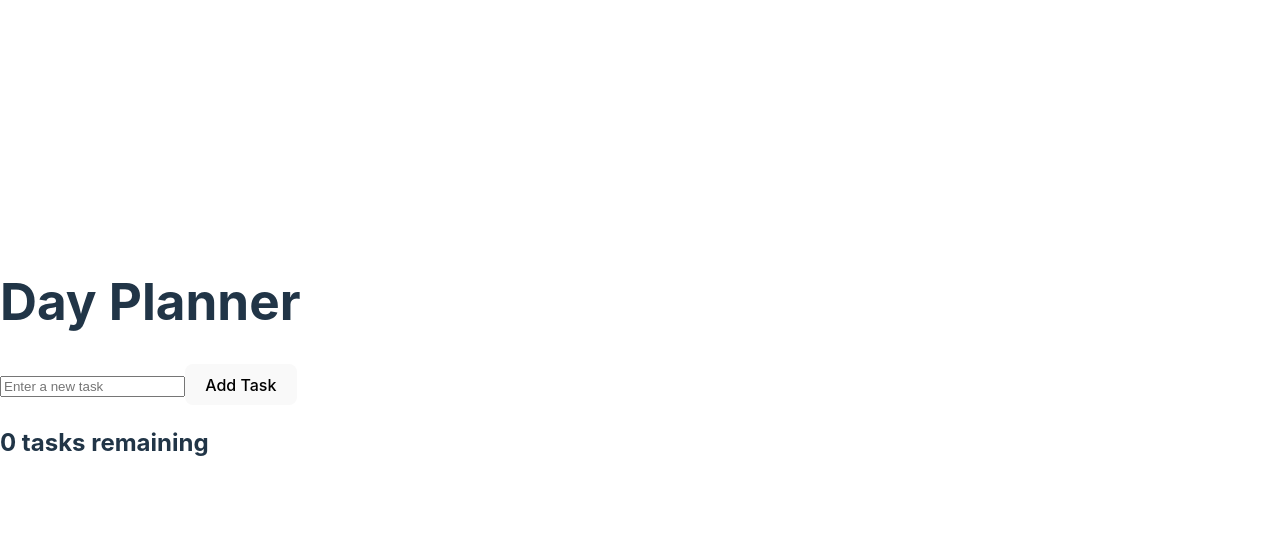
Repository: Hennyyyy8/Lab-4
Page: / (app in react/)
The author's editor kept a copy of each file at every save. The page is drawn from the files as they stood at one save, then again after the next save.
The browser window is 1280 px wide. The pictures show the whole page.
The project was rebuilt for these pictures with package versions that can differ from the ones it lists, and the page was loaded fresh each time. Also part of the build but not shown: react/vite.config.js, react/src/task.jsx.

Above is the page before, as saved 2024-10-13 04:13:54.

### react/src/App.jsx
import React, { useState } from 'react';
import Task from './Task';
import TaskForm from './TaskForm';

const App = () => {
  const [tasks, setTasks] = useState([]);


  const addTask = (task) => {
    const newTask = { id: Date.now(), text: task, completed: false };
    setTasks([...tasks, newTask]);
  };

  const toggleComplete = (id) => {
    setTasks(tasks.map(task =>
      task.id === id ? { ...task, completed: !task.completed } : task
    ));
  };

  const deleteTask = (id) => {
    setTasks(tasks.filter(task => task.id !== id));
  };

  const incompleteCount = tasks.filter(task => !task.completed).length;

  return (
    <div>
      <h1>Day Planner</h1>
      <TaskForm addTask={addTask} />
      <h2>{incompleteCount} tasks remaining</h2>
      <ul>
        {tasks.map(task => (
          <Task
            key={task.id}
            task={task}
            toggleComplete={toggleComplete}
            deleteTask={deleteTask}
          />
        ))}
      </ul>
    </div>
  );
};

export default App;

### react/src/taskform.jsx
import React, { useState } from 'react';

const TaskForm = ({ addTask }) => {
  const [taskText, setTaskText] = useState('');

  const handleSubmit = (e) => {
    e.preventDefault();
    if (taskText.trim()) {
      addTask(taskText);
      setTaskText('');
    }
  };

  return (
    <form onSubmit={handleSubmit}>
      <input
        type="text"
        value={taskText}
        onChange={(e) => setTaskText(e.target.value)}
        placeholder="Enter a new task"
      />
      <button type="submit">Add Task</button>
    </form>
  );
};

export default TaskForm;

### react/src/App.css
body {
  font-family: Arial, sans-serif;
  background-color: #f4f4f4;
  margin: 0;
  padding: 0;
  display: flex;
  justify-content: center;
  align-items: center;
  height: 100vh;
}

h1 {
  color: #333;
  text-align: center;
  margin-bottom: 10px;
}

.container {
  background-color: white;
  padding: 20px;
  border-radius: 10px;
  box-shadow: 0 4px 10px rgba(0, 0, 0, 0.1);
  width: 400px;
}

h2 {
  font-size: 1.2em;
  color: #666;
  text-align: center;
  margin-bottom: 20px;
}

ul {
  list-style-type: none;
  padding: 0;
}

li {
  background-color: #f9f9f9;
  padding: 10px;
  border-radius: 5px;
  display: flex;
  justify-content: space-between;
  align-items: center;
  margin-bottom: 10px;
  transition: background-color 0.3s;
}

li.completed {
  background-color: #e0ffe0;
  text-decoration: line-through;
}

input[type="checkbox"] {
  transform: scale(1.2);
  margin-right: 10px;
}

button {
  background-color: #ff6b6b;
  color: white;
  border: none;
  padding: 5px 10px;
  border-radius: 5px;
  cursor: pointer;
  transition: background-color 0.3s;
}

button:hover {
  background-color: #ff4c4c;
}

input[type="text"] {
  padding: 10px;
  border-radius: 5px;
  border: 1px solid #ddd;
  width: calc(100% - 20px);
  margin-bottom: 10px;
}

input[type="text"]:focus {
  outline: none;
  border-color: #333;
}

form {
  display: flex;
  flex-direction: column;
}

Loaded but not shown: react/index.html (common file); react/src/main.jsx (common file); react/src/index.css (common file)

After the next save:
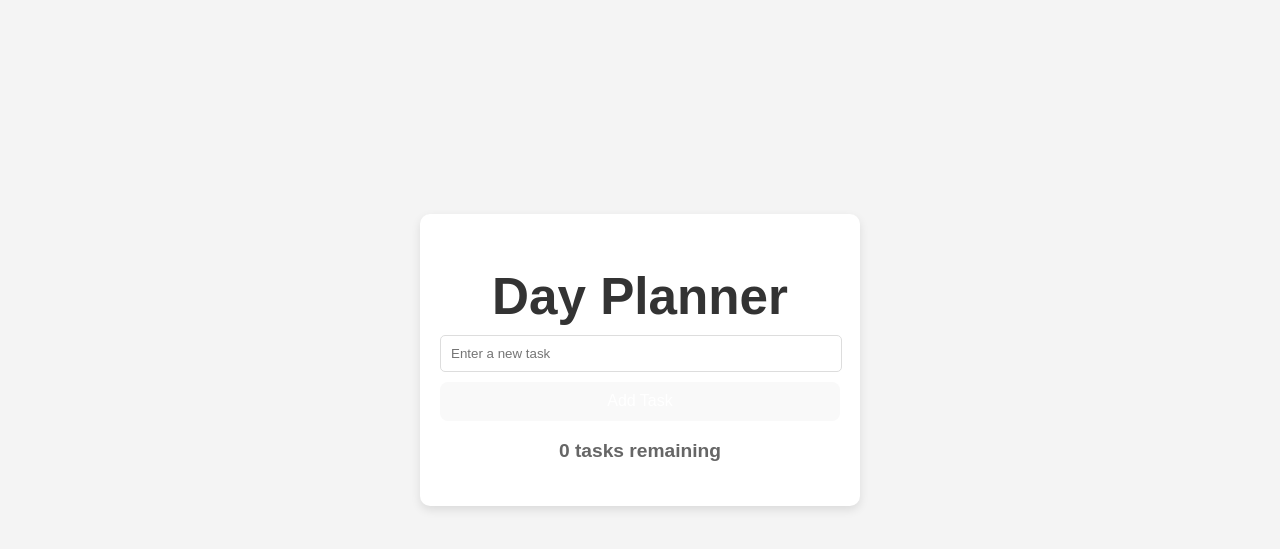
Saved 1 s later.
--- a/react/src/App.jsx
+++ b/react/src/App.jsx
@@ -1,10 +1,10 @@
 import React, { useState } from 'react';
 import Task from './Task';
 import TaskForm from './TaskForm';
+import './App.css'; // Import the CSS
 
 const App = () => {
   const [tasks, setTasks] = useState([]);
-
 
   const addTask = (task) => {
     const newTask = { id: Date.now(), text: task, completed: false };
@@ -24,7 +24,7 @@ const App = () => {
   const incompleteCount = tasks.filter(task => !task.completed).length;
 
   return (
-    <div>
+    <div className="container">
       <h1>Day Planner</h1>
       <TaskForm addTask={addTask} />
       <h2>{incompleteCount} tasks remaining</h2>
